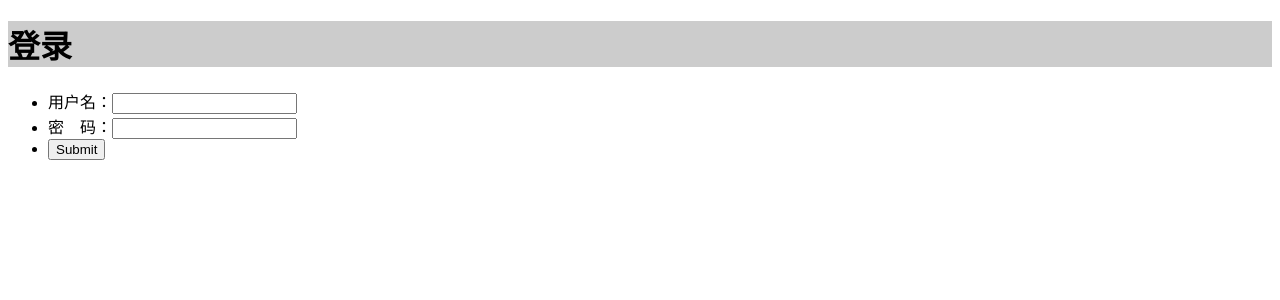
Repository: jiangrongbo/mybatis-blog
Page: http://localhost/exam3/
These files come from the project's save history. The page is drawn as it stood at one moment and after the next save; the edit follows.
The browser window is 1280 px wide. The pictures show the whole page.
The page is served by Tomcat 9. Other server files are loaded and not shown.

Above is the page before, as saved 2015-06-28 13:13:36.

### exam3/WebContent/index.jsp
<%@ page language="java" contentType="text/html; utf-8"  pageEncoding="utf-8"%>
<!DOCTYPE html PUBLIC "-//W3C//DTD HTML 4.01 Transitional//EN" "http://www.w3.org/TR/html4/loose.dtd">
<html>
<head>
<meta http-equiv="Content-Type" content="text/html; utf-8">
<title>登录页面</title>
<style>
#login h1{
background:#ccc;
}
</style>
</head>
<body>
	<div id="login">
		<h1>登录</h1>
		<ul>
			<li>用户名：<input type="text" name="username"></li>
			<li>密　码：<input type="text" name="password"></li>
			<li><input type="submit" name="password"></li>
		</ul>
	</div>
</body>
</html>

After the next save:
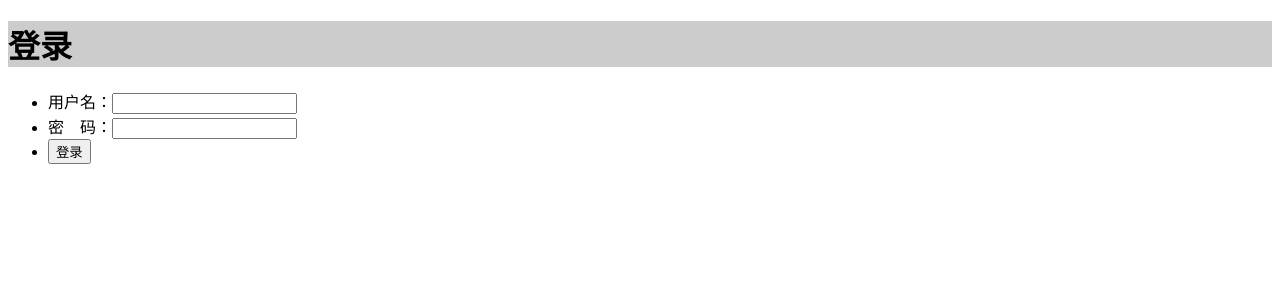
Saved 14 s later.
--- a/exam3/WebContent/index.jsp
+++ b/exam3/WebContent/index.jsp
@@ -16,7 +16,7 @@ background:#ccc;
 		<ul>
 			<li>用户名：<input type="text" name="username"></li>
 			<li>密　码：<input type="text" name="password"></li>
-			<li><input type="submit" name="password"></li>
+			<li><input type="submit" value="登录"></li>
 		</ul>
 	</div>
 </body>
